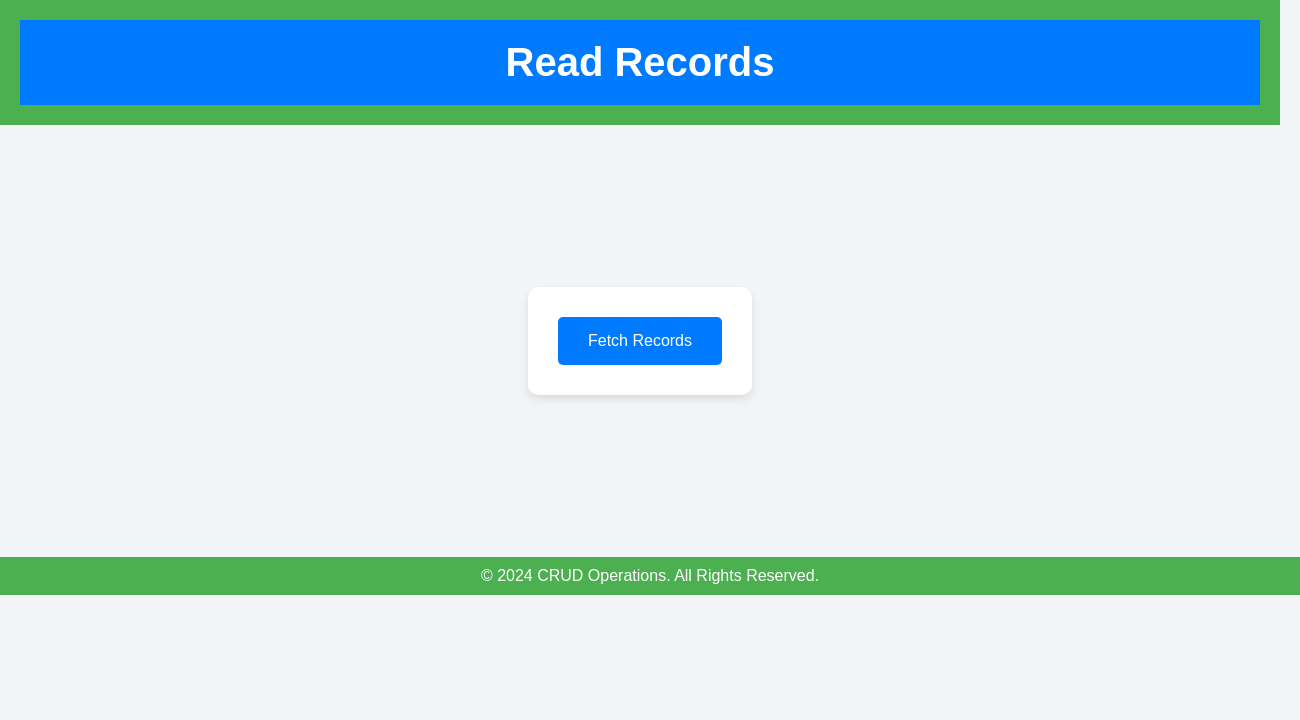
Repository: wmrmweerakoon/Online-Laundry-Management-System
Page: http://localhost/LaundryManagementSystem/Read.jsp
An editor plug-in stored every save of this project. The page is shown before and after the next save, followed by the edit.
The browser window is 1280 px wide. The page is 1300 px wide, then 1280 px, so the pictures cover 1300 px, including what lies to the right of the window. The pictures show the whole page.
The page is served by Tomcat 9.

Above is the page before, as saved 2024-10-13 10:29:53.

After the next save:
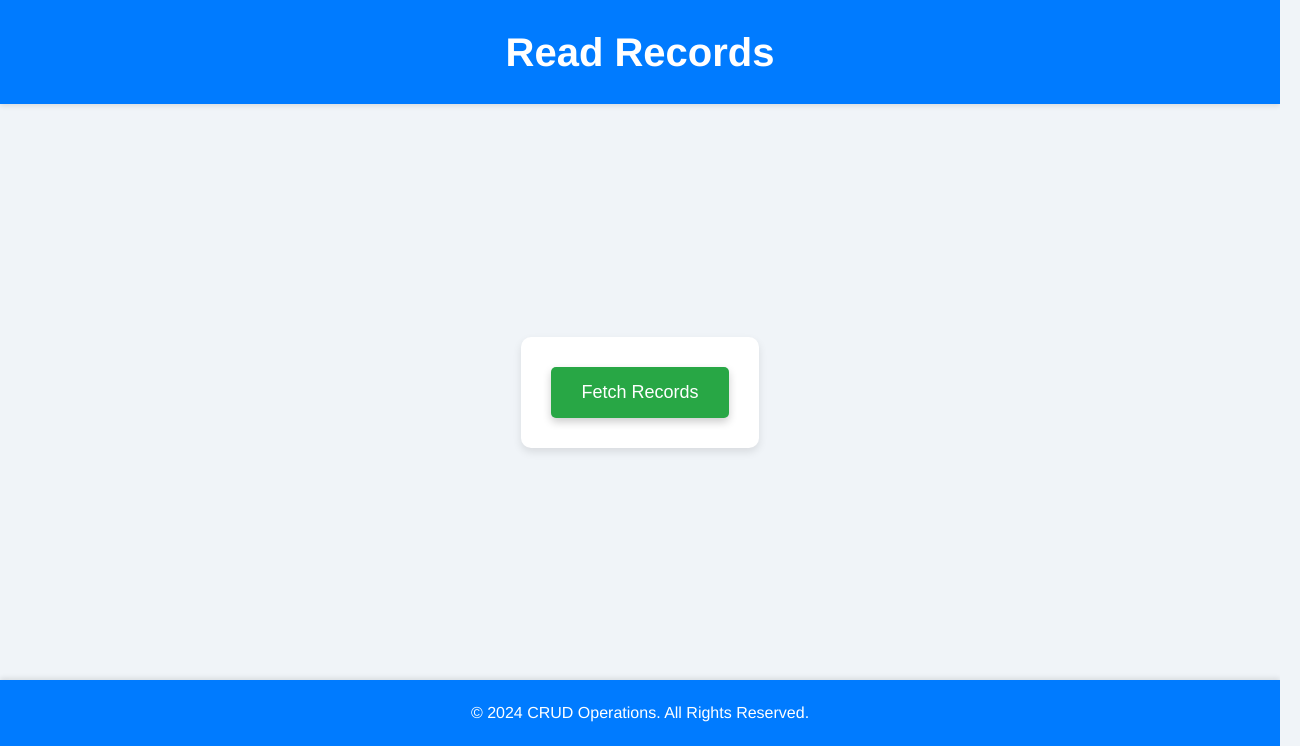
Saved 42 s later.
--- a/Projects/LaundryManagementSystem/src/main/webapp/Read.jsp
+++ b/Projects/LaundryManagementSystem/src/main/webapp/Read.jsp
@@ -8,20 +8,33 @@
     <title>Read Records</title>
     <link rel="stylesheet" href="CSS/Read.css">
     <style>
-        /* Styles for the entire body */
-        body {
-            font-family: 'Arial', sans-serif;
+        /* Reset default margin and padding */
+        * {
             margin: 0;
             padding: 0;
-            background-color: #f2f4f8;
+            box-sizing: border-box;
+        }
+
+        /* Body styles */
+        body {
+            font-family: 'Helvetica Neue', Arial, sans-serif;
+            background-color: #f0f4f8; /* Light background */
+            color: #333; /* Dark text */
+            line-height: 1.6; /* Better line spacing */
         }
 
         /* Header styles */
         header {
-            background-color: #4CAF50; /* Green background */
+            background-color: #007bff; /* Blue background */
             color: white;
-            padding: 20px;
+            padding: 20px 0;
             text-align: center;
+            box-shadow: 0 2px 5px rgba(0, 0, 0, 0.1); /* Subtle shadow for depth */
+        }
+
+        header h1 {
+            font-size: 2.5rem; /* Larger title */
+            margin: 0; /* Remove default margin */
         }
 
         /* Read section styles */
@@ -29,43 +42,47 @@
             display: flex;
             justify-content: center; /* Center the button horizontally */
             align-items: center; /* Center the button vertically */
-            height: 60vh; /* Set height for centering */
+            height: 80vh; /* Adjust height for centering */
         }
 
         /* Button styles */
         .button-read {
-            background-color: #007bff; /* Blue background */
+            background-color: #28a745; /* Green background */
             color: white;
             border: none;
             border-radius: 5px;
             padding: 15px 30px;
-            font-size: 16px;
+            font-size: 18px; /* Larger font size */
             cursor: pointer;
-            transition: background-color 0.3s, transform 0.3s; /* Transition for effects */
+            transition: background-color 0.3s, transform 0.2s; /* Smooth transitions */
+            box-shadow: 0 4px 8px rgba(0, 0, 0, 0.2); /* Shadow for depth */
         }
 
         .button-read:hover {
-            background-color: #0056b3; /* Darker blue on hover */
-            transform: scale(1.05); /* Slightly enlarge on hover */
+            background-color: #218838; /* Darker green on hover */
+            transform: translateY(-2px); /* Lift effect on hover */
         }
 
         /* Footer styles */
         footer {
             text-align: center;
-            padding: 10px;
-            background-color: #4CAF50; /* Match header */
+            padding: 20px;
+            background-color: #007bff; /* Match header */
             color: white;
             position: relative;
             bottom: 0;
             width: 100%;
+            box-shadow: 0 -2px 5px rgba(0, 0, 0, 0.1); /* Subtle shadow for depth */
+        }
+
+        footer p {
+            margin: 0; /* Remove default margin */
         }
     </style>
 </head>
 <body>
     <header>
-        <div class="header-content">
-            <h1>Read Records</h1>
-        </div>
+        <h1>Read Records</h1>
     </header>
 
     <section class="read-section">
